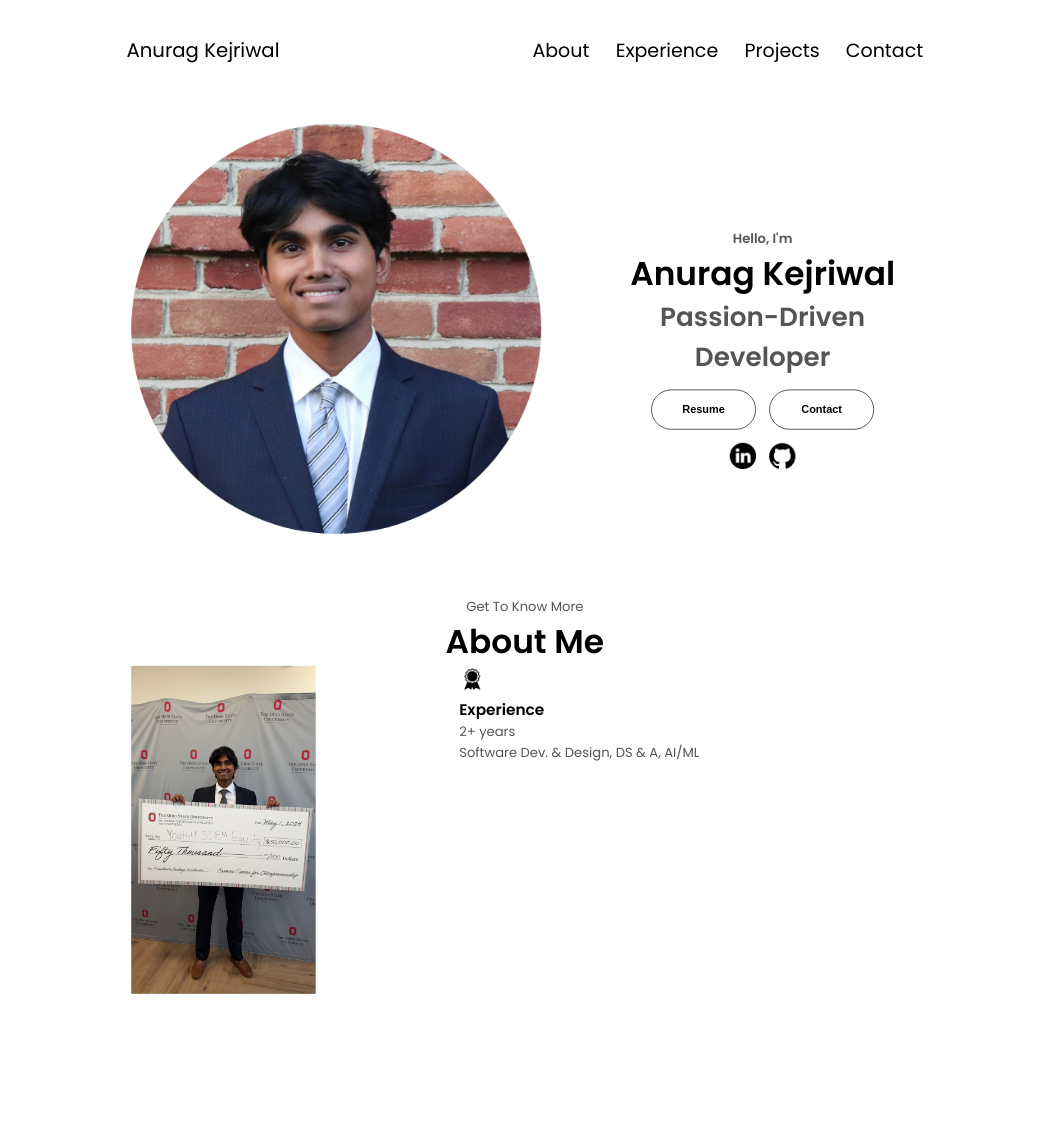
Repository: anuragkej/OldPortfolio
Page: index.html
The author's editor kept a copy of each file at every save. The page is drawn from the files as they stood at one save, then again after the next save.
The browser window is 1280 px wide. The pictures show the whole page, at 82% of full size.

Above is the page before, as saved 2024-05-25 22:40:48.

After the next save:
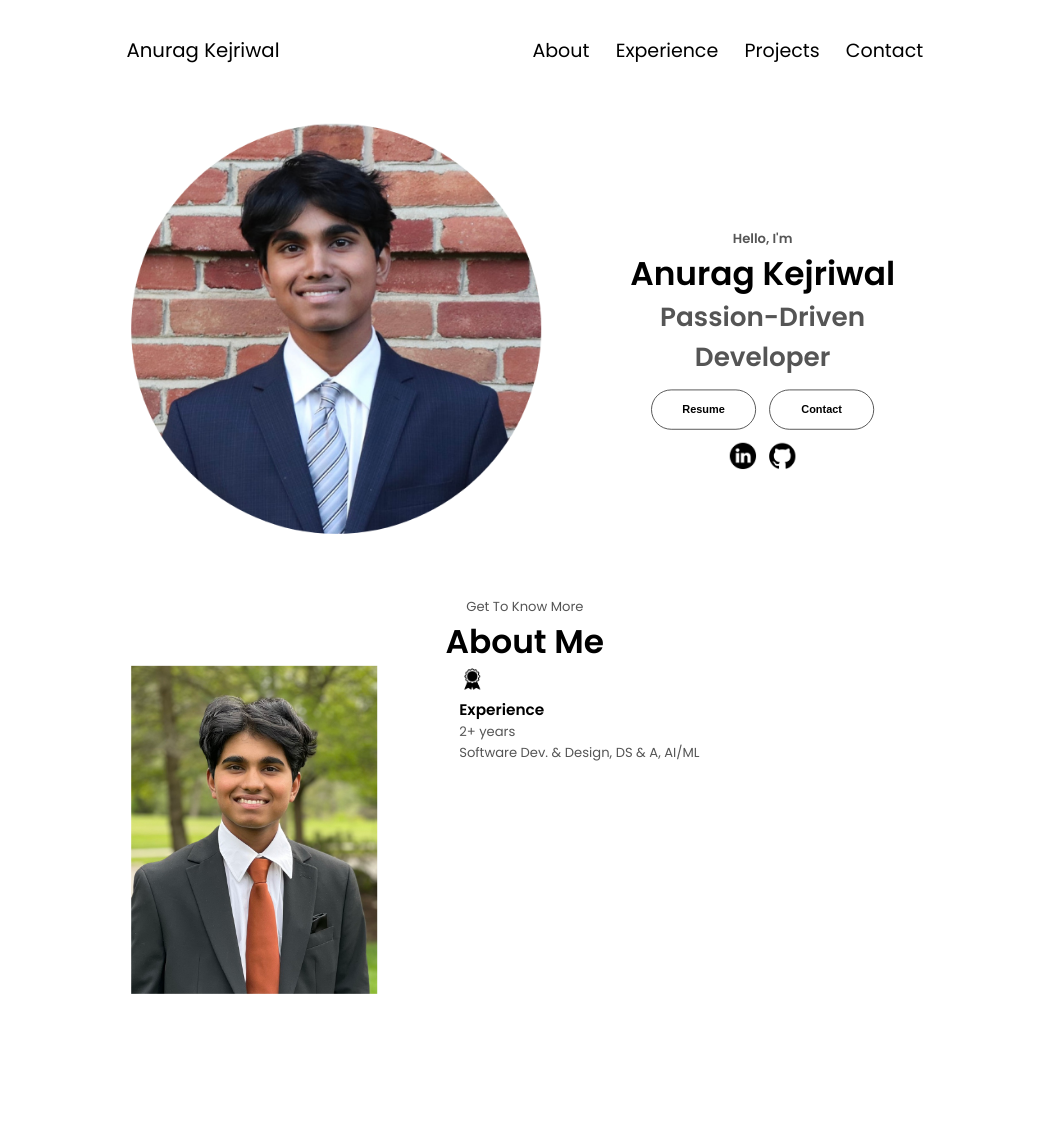
Saved 5 h 40 min later.
--- a/index.html
+++ b/index.html
@@ -62,7 +62,7 @@
         <h1 class="title">About Me</h1>
         <div class="section-container">
         <div class="section__pic-container">
-            <img src="./assets/C23811E8-B0AA-41C0-A388-0D1A00199B9A_1_102_o.jpeg" alt="Profile Picture" class="about-pic"/>
+            <img src="./assets/777CA5CD-00B9-4153-953B-425FB7E8862E_1_105_c.jpeg" alt="Profile Picture" class="about-pic"/>
         </div>
         <div class="about-details-container">
             <div class="about-containers">
